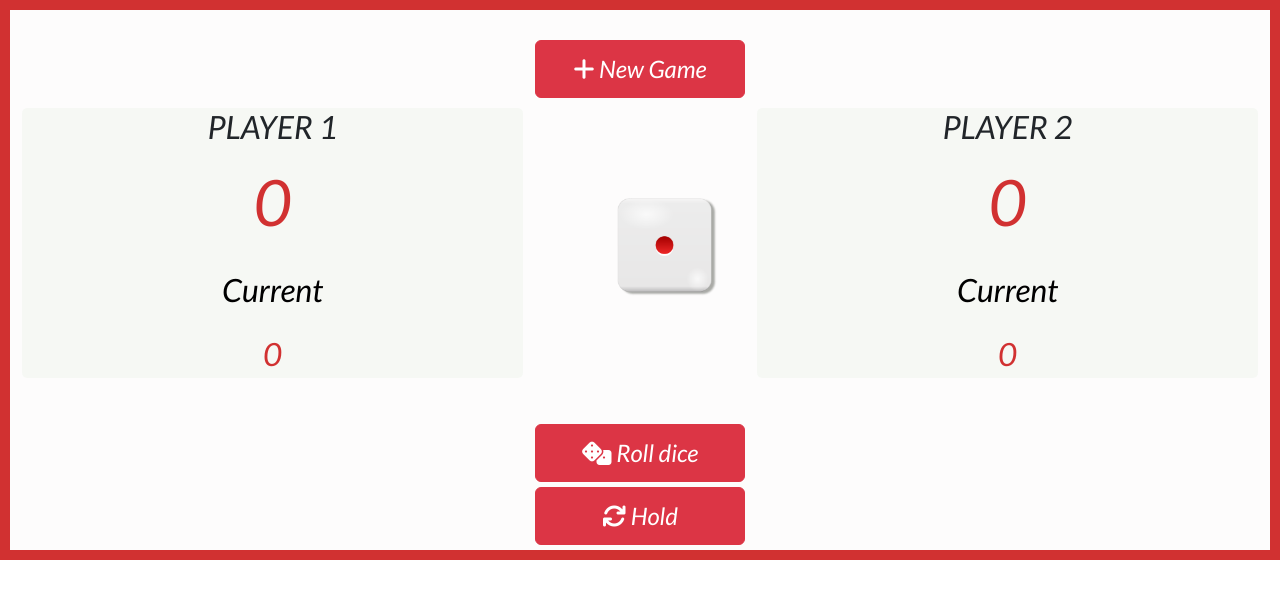
Repository: haifabilel/Eval_JAVASCRIPT
Page: index.html
An editor plug-in stored every save of this project. The page is shown before and after a run of saves, followed by the edit.
The browser window is 1280 px wide. The pictures show the whole page.
Some web libraries are served in a nearby version.

Above is the page before, as saved 2023-06-05 17:57:04.

After the next 2 saves:
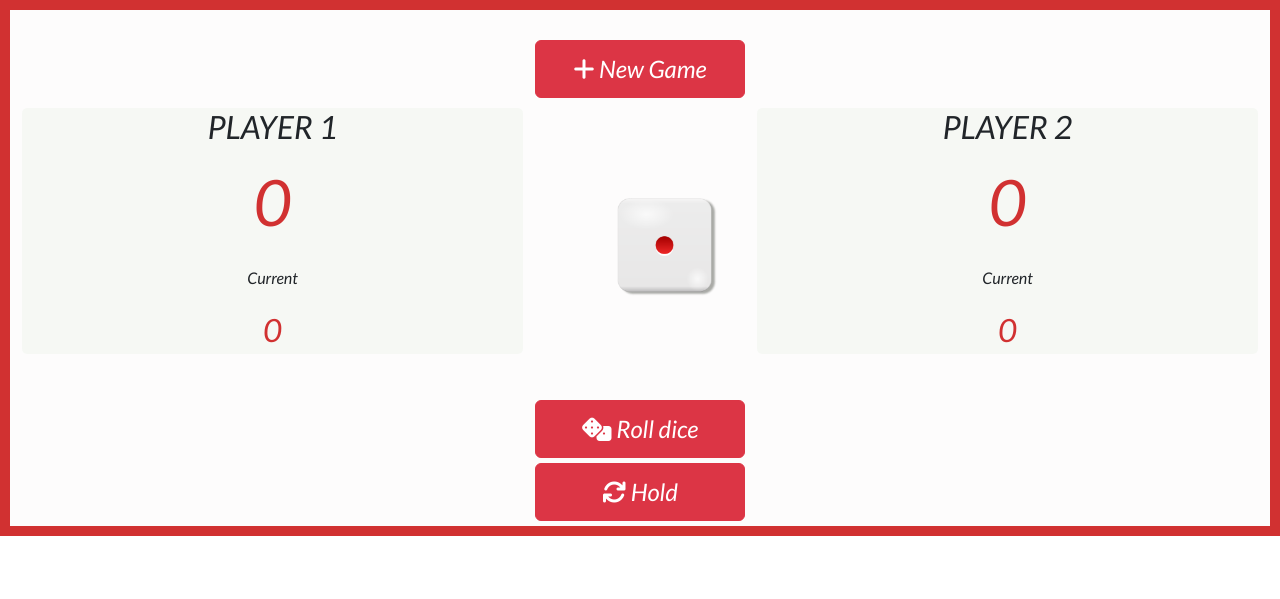
The 2 saves are shown as one change because they came seconds apart.
The last was saved 5 s later.
--- a/style.css
+++ b/style.css
@@ -20,8 +20,8 @@
     border-radius:5px;
     margin-top:-70px;
 
-
 }
+H
 /* Current */
 .current{
 

After the 3 saves that followed:
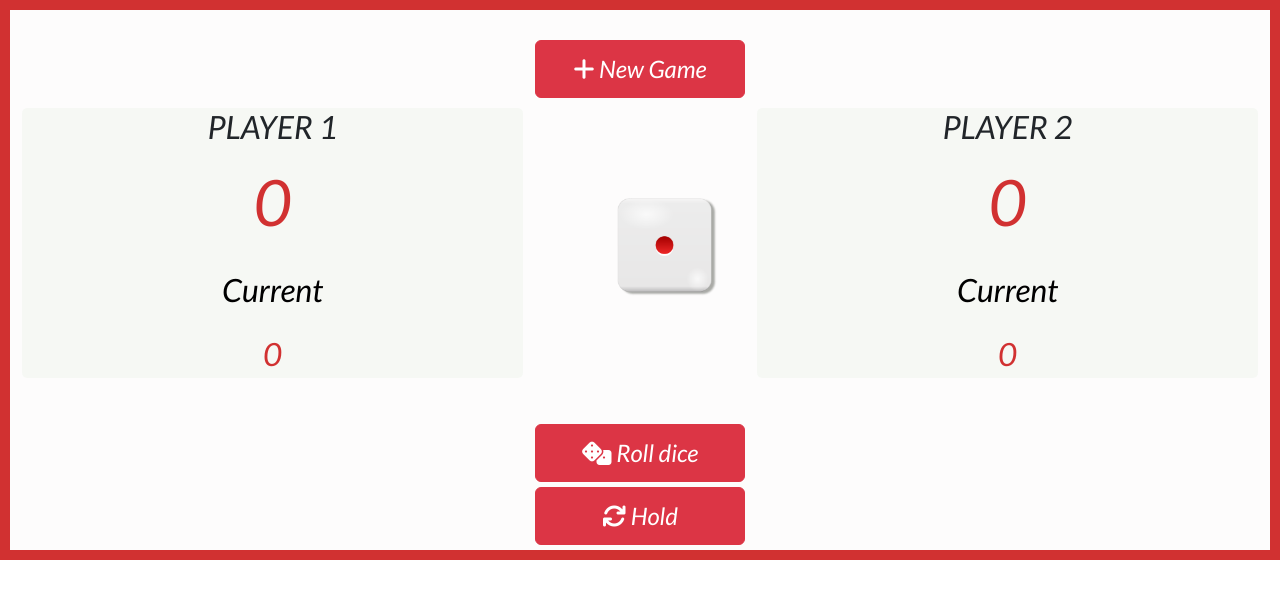
The 3 saves are shown as one change because they came seconds apart.
The last was saved 8 s later.
--- a/style.css
+++ b/style.css
@@ -21,7 +21,9 @@
     margin-top:-70px;
 
 }
-H
+h2{
+    font-family: Lato;
+}
 /* Current */
 .current{
 
